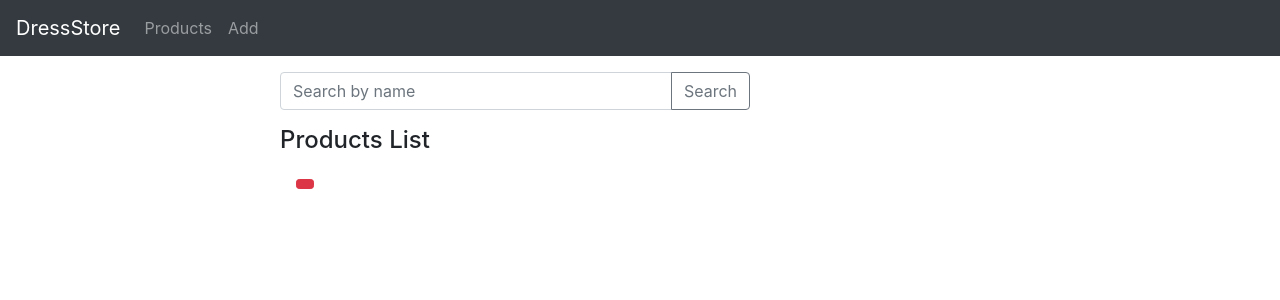
Repository: Anzal-F/midterm2
Page: / (app in client/)
An editor plug-in stored every save of this project. The page is shown before and after the next save, followed by the edit.
The browser window is 1280 px wide. The pictures show the whole page.
The page's requests for data from a server got no answer. The project was rebuilt for these pictures with package versions that can differ from the ones it lists, and the page was loaded fresh each time. No one was signed in, and anything a server would have sent is missing. Also part of the build but not shown: client/angular.json, client/src/app/components/add-product/add-product.component.ts, client/src/app/services/category.service.ts.

Above is the page before, as saved 2023-06-27 07:54:19.

After the next save:
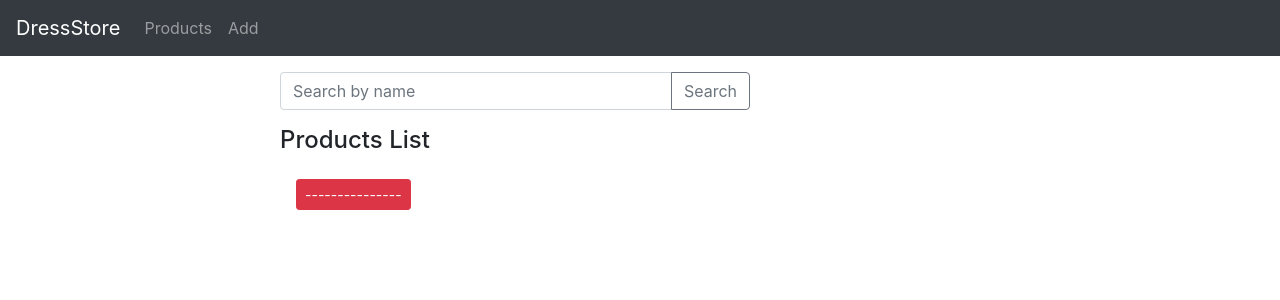
Saved 6 s later.
--- a/client/src/app/components/products-list/products-list.component.html
+++ b/client/src/app/components/products-list/products-list.component.html
@@ -32,7 +32,7 @@
     </ul>
 
     <button class="m-3 btn btn-sm btn-danger" (click)="removeAllProducts()">
-
+      ---------------
     </button>
   </div>
   <div class="col-md-6">
